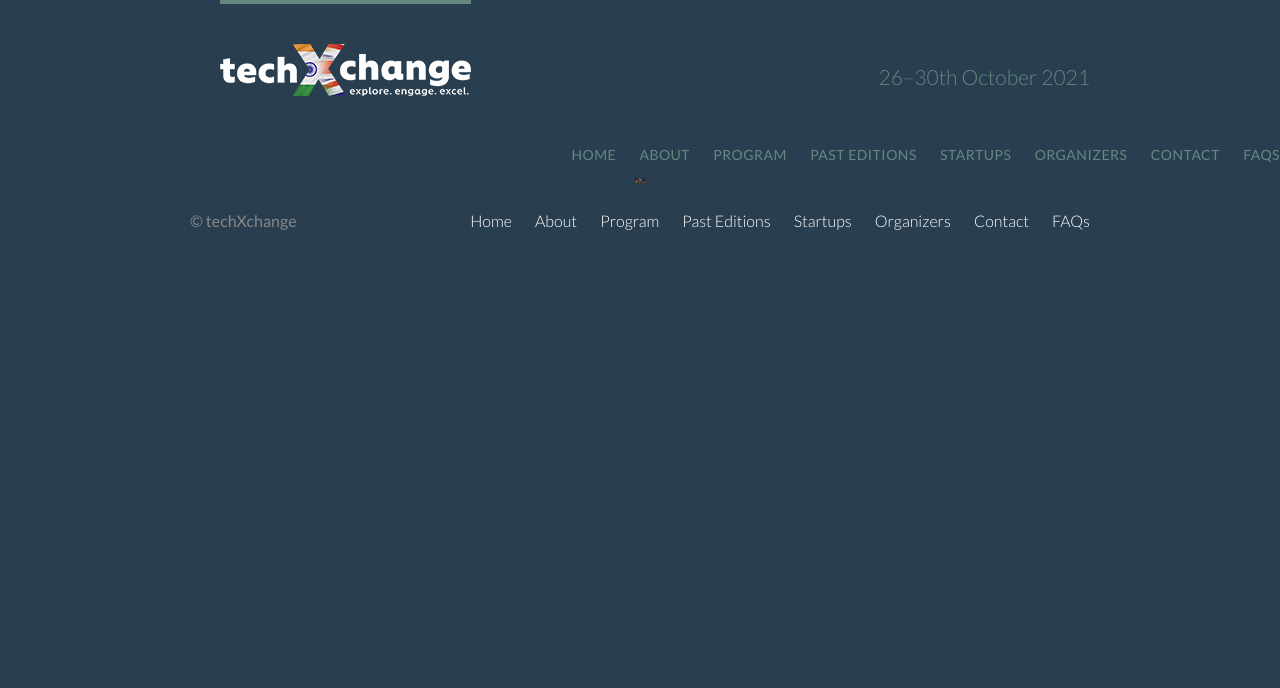
Repository: srush-shah/techXchange
Page: index.html
An editor plug-in stored every save of this project. The page is shown before and after a run of saves, followed by the edit.
The browser window is 1280 px wide. The pictures show the whole page.

Above is the page before, as saved 2021-07-16 04:23:27.

### index.html
<!DOCTYPE html>
<html lang="en">
  <head>
    <meta charset="utf-8" />
    <title>techXchange: A bridge for growth</title>
    <link rel="stylesheet" type="text/css" href="assets/stylesheets/main.css" />
    <link rel="preconnect" href="https://fonts.gstatic.com" />
    <link
      href="https://fonts.googleapis.com/css2?family=Lato:ital,wght@0,100;0,300;0,400;1,100;1,300;1,400&display=swap"
      rel="stylesheet"
    />
  </head>
  <body>
    <header class="primary-header container group">
      <section class="container">
        <h1 class="logo">
          <a href="index.html">
            <img
              src="assets/images/techxchange-logo.png"
              alt="techXchange logo"
            />
          </a>
        </h1>
      </section>
      <h3 class="tagline">26&ndash;30th October 2021</h3>
      <section>
        <a
          class="instagram"
          href="https://www.instagram.com/techxchange2020/"
          title="Instagram"
          target="_blank"
          ><span><i class="fab fa-instagram"></i></span
        ></a>
        <a
          class="facebook"
          href="https://www.facebook.com/Techxchange2020/"
          title="Follow us on Facebook"
          target="_blank"
          ><span><i class="fab fa-facebook"></i></span
        ></a>
        <a
          class="twitter"
          href="https://twitter.com/techXchange2020"
          title="Twitter"
          target="_blank"
          ><span><i class="fab fa-twitter"></i></span
        ></a>
        <a
          class="linkedin"
          href="https://www.linkedin.com/company/techxchange2020/"
          title="LinkedIn"
          target="_blank"
          ><span><i class="fab fa-linkedin"></i></span
        ></a>
      </section>
    </header>
    <nav class="nav primary-nav">
      <ul>
        <li><a href="index.html">Home</a></li>
        <!--
            -->
        <li><a href="#about">About</a></li>
        <!--
            -->
        <li><a href="#program">Program</a></li>
        <!--
            -->
        <li><a href="#past_edits">Past Editions</a></li>
        <!--
            -->
        <li><a href="startups.html">Startups</a></li>
        <!--
            -->
        <li><a href="#organizers">Organizers</a></li>
        <!--
            -->
        <li><a href="#contact">Contact</a></li>
        <!--
            -->
        <li><a href="#faqs">FAQs</a></li>
        <!--
            -->
      </ul>
    </nav>
    <!-- Slideshow container -->
    <div class="slideshow-container">
      <!-- Full-width images with number and caption text -->
      <div class="mySlides fade">
        <img src="assets/images/banner01.jpg" style="width: 100%" />
      </div>

      <div class="mySlides fade">
        <img
          src="assets/images/banner02.jpg"
          style="width: 100%; background-color: antiquewhite"
        />
      </div>

      <div class="mySlides fade">
        <img src="assets/images/banner03.jpg" style="width: 100%" />
      </div>
    </div>
    <br />
    <footer class="primary-footer container group">
      <small>&copy; techXchange</small>
      <nav class="nav">
        <ul>
          <li><a href="index.html">Home</a></li>
          <!--
              -->
          <li><a href="#about">About</a></li>
          <!--
              -->
          <li><a href="#program">Program</a></li>
          <!--
              -->
          <li><a href="#past_edits">Past Editions</a></li>
          <!--
              -->
          <li><a href="startups.html">Startups</a></li>
          <!--
              -->
          <li><a href="#organizers">Organizers</a></li>
          <!--
              -->
          <li><a href="#contact">Contact</a></li>
          <!--
              -->
          <li><a href="#faqs">FAQs</a></li>
          <!--
              -->
        </ul>
      </nav>
    </footer>
    <script src="assets/js/carousel.js"></script>
  </body>
</html>

### assets/stylesheets/main.css
x/* http://meyerweb.com/eric/tools/css/reset/ 2. v2.0 | 20110126
  License: none (public domain)
*/

html, body, div, span, applet, object, iframe,
h1, h2, h3, h4, h5, h6, p, blockquote, pre,
a, abbr, acronym, address, big, cite, code,
del, dfn, em, img, ins, kbd, q, s, samp,
small, strike, strong, sub, sup, tt, var,
b, u, i, center,
dl, dt, dd, ol, ul, li,
fieldset, form, label, legend,
table, caption, tbody, tfoot, thead, tr, th, td,
article, aside, canvas, details, embed,
figure, figcaption, footer, header, hgroup,
menu, nav, output, ruby, section, summary,
time, mark, audio, video {
  margin: 0;
  padding: 0;
  border: 0;
  font-size: 100%;
  font: inherit;
  vertical-align: baseline;
}
/* HTML5 display-role reset for older browsers */
article,
aside,
details,
figcaption,
figure,
footer,
header,
hgroup,
menu,
nav,
section {
  display: block;
}
body {
  line-height: 1;
}
ol,
ul {
  list-style: none;
}
blockquote,
q {
  quotes: none;
}
blockquote:before,
blockquote:after,
q:before,
q:after {
  content: "";
  content: none;
}
table {
  border-collapse: collapse;
  border-spacing: 0;
}

/*
  ========================================
  Custom styles
  ========================================
*/

body {
  background: #293f50;
  color: #888;
  font: 300 16px/22px "Lato", "Open Sans", "Helvetica Neue", Helvetica, Arial,
    sans-serif;
}

/*
  ========================================
  Grid
  ========================================
*/

*,
*:before,
*:after {
  -webkit-box-sizing: border-box;
  -moz-box-sizing: border-box;
  box-sizing: border-box;
}

.container {
  margin: 0 auto;
  padding-left: 30px;
  padding-right: 30px;
  width: 960px;
}

.col-1-3 {
  width: 33.33%;
}

.col-2-3 {
  width: 66.66%;
}

.col-1-3,
.col-2-3 {
  display: inline-block;
  vertical-align: top;
}

.grid,
.col-1-3,
.col-2-3 {
  padding-left: 15px;
  padding-right: 15px;
}

.container,
.grid {
  margin: 0 auto;
  width: 960px;
}

.container {
  padding-left: 30px;
  padding-right: 30px;
}

/*
  ========================================
  Clearfix
  ========================================
*/

.group:before,
.group:after {
  content: " ";
  display: table;
}

.group:after {
  clear: both;
}

.group {
  clear: both;
  *zoom: 1;
}

/*
  ========================================
  Rows
  ========================================
*/

.row,
.row-alt {
  min-width: 960px;
}
.row {
  background: #fff;
  padding: 66px 0 44px 0;
}
.row-alt {
  background: #cbe2c1;
  background: -webkit-linear-gradient(to right, #a1d3b0, #f6f1d3);
  background: -moz-linear-gradient(to right, #a1d3b0, #f6f1d3);
  background: linear-gradient(to right, #a1d3b0, #f6f1d3);
  padding: 44px 0 22px 0;
}

/*
  ========================================
  Typography
  ========================================
*/

h1,
h3,
h4,
h5,
p {
  margin-bottom: 22px;
}

h1,
h2,
h3,
h4 {
  color: #648880;
}

h1 {
  font-size: 36px;
  line-height: 44px;
}

h2 {
  font-size: 24px;
  line-height: 44px;
}

h3 {
  font-size: 21px;
}

h4 {
  font-size: 18px;
}

h5 {
  color: #a9b2b9;
  font-size: 14px;
  font-weight: 400;
  text-transform: uppercase;
}

strong {
  font-weight: 400;
}

cite,
em {
  font-style: italic;
}

/*
  ========================================
  Leads
  ========================================
*/

.lead {
  text-align: center;
}
.lead p {
  font-size: 21px;
  line-height: 33px;
}

/*
  ========================================
  Buttons
  ========================================
*/

.btn {
  border-radius: 5px;
  color: #fff;
  cursor: pointer;
  display: inline-block;
  font-weight: 400;
  letter-spacing: 0.5px;
  margin: 0;
  text-transform: uppercase;
}
.btn-alt {
  border: 1px solid #fff;
  padding: 10px 30px;
}
.btn-alt:hover {
  background: #fff;
  color: #648880;
}
.btn-default {
  border: 0;
  background: #648880;
  padding: 11px 30px;
  font-size: 14px;
}
.btn-default:hover {
  background: #77a198;
}

/*
  ========================================
  Home
  ========================================
*/

.hero {
  color: #fff;
  line-height: 44px;
  padding: 22px 80px 66px 80px;
  text-align: center;
}

.hero h2 {
  font-size: 36px;
}

.hero p {
  font-size: 24px;
  font-weight: 100;
}

.teaser a:hover h3 {
  color: #a9b2b9;
}
.teaser img {
  border-radius: 5px;
  display: block;
  margin-bottom: 22px;
  max-width: 100%;
}

/*
  ========================================
  Primary header
  ========================================
*/

.logo {
  border-top: 4px solid #648880;
  float: left;
  font-size: 48px;
  font-weight: 100;
  letter-spacing: 0.5px;
  line-height: 44px;
  padding: 40px 0 22px 0;
  text-transform: uppercase;
}

.tagline {
  margin: 66px 0 22px 0;
  text-align: right;
}

.primary-nav {
  font-size: 14px;
  font-weight: 400;
  letter-spacing: 0.5px;
  text-transform: uppercase;
}

/*
  ========================================
  Primary footer
  ========================================
*/
\ .primary-footer {
  color: #648880;
  font-size: 14px;
  padding-bottom: 44px;
  padding-top: 44px;
}

.primary-footer small {
  float: left;
  font-weight: 400;
}

/*
  ========================================
  Links
  ========================================
*/

a:hover {
  color: #a9b2b9;
}

a {
  color: #648880;
  text-decoration: none;
}

p a {
  border-bottom: 1px solid #dfe2e5;
}

.primary-header a,
.primary-footer a {
  color: #fff;
}

.primary-header a:hover,
.primary-footer a:hover {
  color: #648880;
}

/*
  ========================================
  Navigation
  ========================================
*/

.nav {
  text-align: right;
}
.nav li {
  display: inline-block;
  margin: 0 10px;
  vertical-align: top;
}
.nav li:last-child {
  margin-right: 0;
}

/*
  ========================================
  Carousel
  ========================================
*/

/* Slideshow container */
.slideshow-container {
  max-width: 10px;
  position: relative;
  margin: auto;
}

/* Hide the images by default */
.mySlides {
  display: none;
}

/* Fading animation */
.fade {
  -webkit-animation-name: fade;
  -webkit-animation-duration: 5s;
  animation-name: fade;
  animation-duration: 5s;
}

@-webkit-keyframes fade {
  from {
    opacity: 0.4;
  }
  to {
    opacity: 1;
  }
}

@keyframes fade {
  from {
    opacity: 0.4;
  }
  to {
    opacity: 1;
  }
}

### assets/js/carousel.js
var slideIndex = 0;
showSlides();

function showSlides() {
  var i;
  var slides = document.getElementsByClassName("mySlides");
  for (i = 0; i < slides.length; i++) {
    slides[i].style.display = "none";
  }
  slideIndex++;
  if (slideIndex > slides.length) {
    slideIndex = 1;
  }
  slides[slideIndex - 1].style.display = "block";
  setTimeout(showSlides, 10000); // Change image every 10 seconds
}

After the next 2 saves:
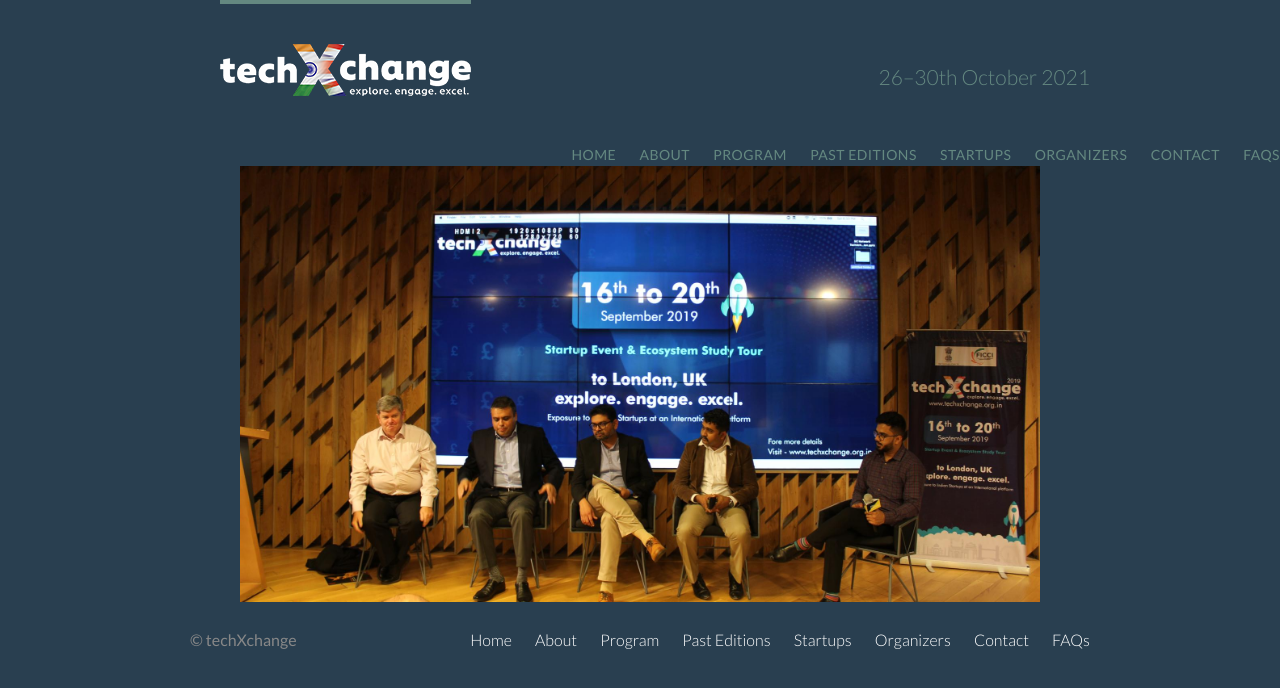
The 2 saves are shown as one change because they came seconds apart.
The last was saved 50 s later.
--- a/assets/stylesheets/main.css
+++ b/assets/stylesheets/main.css
@@ -404,7 +404,7 @@
 
 /* Slideshow container */
 .slideshow-container {
-  max-width: 10px;
+  max-width: 800px;
   position: relative;
   margin: auto;
 }
